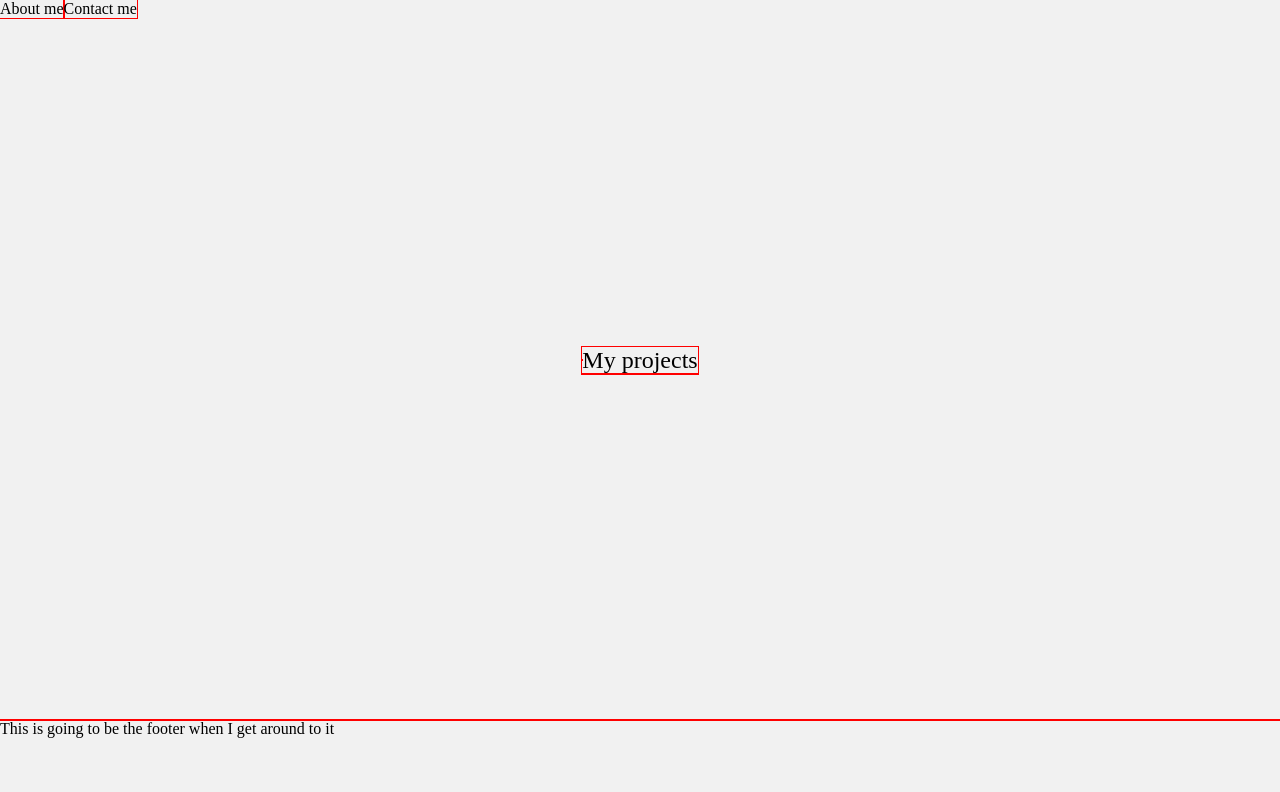
Repository: lynn-the-owl/lynnhtet
Page: index.html
An editor plug-in stored every save of this project. The page is shown before and after a run of saves, followed by the edit.
The browser window is 1280 px wide. The pictures show the whole page.
Some web fonts or font styles are not loaded; a fallback is used. Some web libraries are served in a nearby version.

Above is the page before, as saved 2023-10-10 00:22:16.

### index.html
<!DOCTYPE html>
<html lang="en">

<head>
    <meta charset="UTF-8">
    <meta name="viewport" content="width=device-width, initial-scale=1.0">
    <title>LHA's unfinished site</title>

    <!-- fonts -->
    <style>
        @import url('https://fonts.googleapis.com/css2?family=Aclonica&family=Atkinson+Hyperlegible&family=Poiret+One&display=swap');
    </style>

    <link rel="stylesheet" href="style.css">
    <script defer src="app.js"></script>
    <script src="https://cdnjs.cloudflare.com/ajax/libs/gsap/3.12.2/gsap.min.js"></script>
    <script src="https://cdnjs.cloudflare.com/ajax/libs/gsap/3.12.2/ScrollTrigger.min.js"></script>
    <script src="https://cdnjs.cloudflare.com/ajax/libs/gsap/3.12.2/ScrollToPlugin.min.js"></script>
    <script src="https://cdnjs.cloudflare.com/ajax/libs/gsap/3.12.2/EasePack.min.js"></script>

</head>

<body>
    <div class="all">
        <div class="header">
            <div class="about-me">
                About me
            </div>
            <div class="contact-me">
                Contact me
            </div>
        </div>

        <div class="landing">
            <div class="name">

            </div>
            <div class="projects">

                <div class="myprojects">My projects</div>
                <div class="project-child">

                </div>
                <div class="project-child"></div>
                <div class="project-child"></div>
                <div class="project-child"></div>
                <div class="project-child"></div>
                <div class="project-child"></div>
                <div class="project-child"></div>
                <div class="project-child"></div>
            </div>
        </div>

        <div class="foot">
            This is going to be the footer when I get around to it
        </div>
    </div>
</div>

</body>
</html>

### style.css
* {
    box-sizing: border-box;
    outline: 1px solid red !important;
}

/*
html {
    overflow-x: hidden;
} */

body {
    background-color: #f1f1f1;
    margin: 0;
    padding: 0;
    /* overflow-x: hidden; */
}
p {
    padding: 0;
    margin: 0
}
.myprojects {
    font-family: 'Poiret One', cursive;
    font-size:x-large

}


.header {
    position: absolute;
    display: flex;
    width: 100;
}
.me {
    opacity: 1;
    flex-grow: 4;
}
.blogs {
    opacity: 1;
    flex-grow: 1;
}
.portfolio {
    opacity: 1;
    flex-grow: 1;
}
.book {
    opacity: 1;
    flex-grow: 1;
}





.landing {
    height: 100vh;
    display: flex;
    justify-content: center;
    align-items: center;
}
.hi {
    font-size: 3rem;
    font-family: 'Josefin Sans', sans-serif;
    font-weight: 700;
}
.lemme {
    transform: translate(10%);
}
.mouse{
    transform: translateX(40%);
    opacity: 0.7;
    display: flex;
    flex-direction: column;
    justify-content: center;
    align-items: center;
}



.myanmar {
    height: 100vh;
}
.location-wrap {
    display: flex;
    justify-content: center;
    align-items: center;
}
img {
    height:80vh;
    width: auto;
}
.values {
    transform: translateY(40%);
}






.alumni {
    height: 90vh;
    background-color: #5d81b3;
}
.liberty {
    height: 90%;
    position: absolute;
    right: 0;
    transform: translate(50%);
    z-index: 2;
}
.mylp-image {
    height: 90%;
    position: absolute;
    right: 0;
    transform: translate(50%);
    z-index: 1;
}
.mylp-overlay {
    height: 90%;
    position: absolute;
    right: 0;
    transform: translate(50%);
    z-index: 3
}
.transition-top {
    height: 10vh;
    background-image: linear-gradient(white, #5d81b3);
}
.alumni-text {
    height: 10vh;
    color: white;
    background-color: #5d81b3;
    text-align: center;
}


.artist {
    height: 50vh;
}
.skills {
    height: 70vh;
}
.aerospace {
    height: 70vh;
}
.foot {
    height: 10vh;
}

### app.js



//Landing section
gsap.from('.hi', {ease: "power4",duration: 1.5, opacity: 0, x: '-100%', delay: 0});
gsap.from('.lemme', {ease: "power4",duration: 1.5, opacity: 0, x: '-50%', delay: 0.5});
gsap.from('.mouse', {ease: "expo",duration: 2, opacity: 0, y: '150%', delay: 1.7, filter: blur()});


//Myanmar section
gsap.from('.map', {
    x: "-100%",
    opacity: 0,
    scrollTrigger: {
        trigger: '.map',
        // markers: true,
        scrub: 2,
        endTrigger: ".map",
        start: "top 70%",
        end: "top 50%"
    }
});
gsap.from('.from', {
    x: "100%",
    opacity: 0,
    delay: "3",
    scrollTrigger: {
        trigger: '.map',
        // markers: true,
        scrub: 2,
        endTrigger: ".map",
        start: "top 90%",
        end: "top 35%"
    }
});
gsap.from('.values', {
    x: "100%",
    opacity: 0,
    scrollTrigger: {
        trigger: '.from',
        // markers: true,
        scrub: 2,
        endTrigger: ".map",
        start: "bottom 70%",
        end: "top 10%"
    }
});


//MYLP section
gsap.from('.liberty', {
    x: "100%",
    opacity: 0,
    scrollTrigger: {
        trigger: '.transition-top',
        // markers: true,
        scrub: 2,
        start: "bottom 70%",
        end: "top 10%"
    }
});

After the next 3 saves:
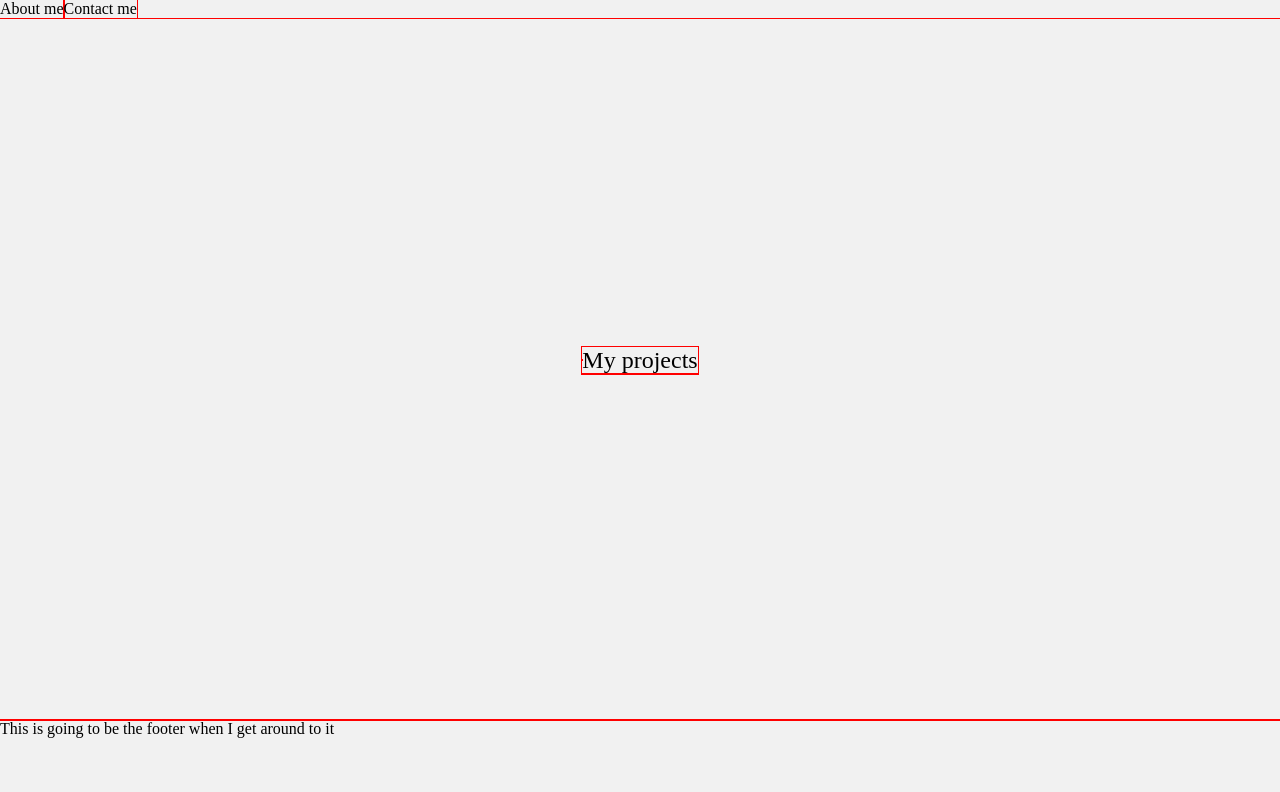
The 3 saves are shown as one change because they came seconds apart.
The last was saved 8 s later.
--- a/style.css
+++ b/style.css
@@ -28,7 +28,7 @@
 .header {
     position: absolute;
     display: flex;
-    width: 100;
+    width: 100vw;
 }
 .me {
     opacity: 1;

After the 3 saves that followed:
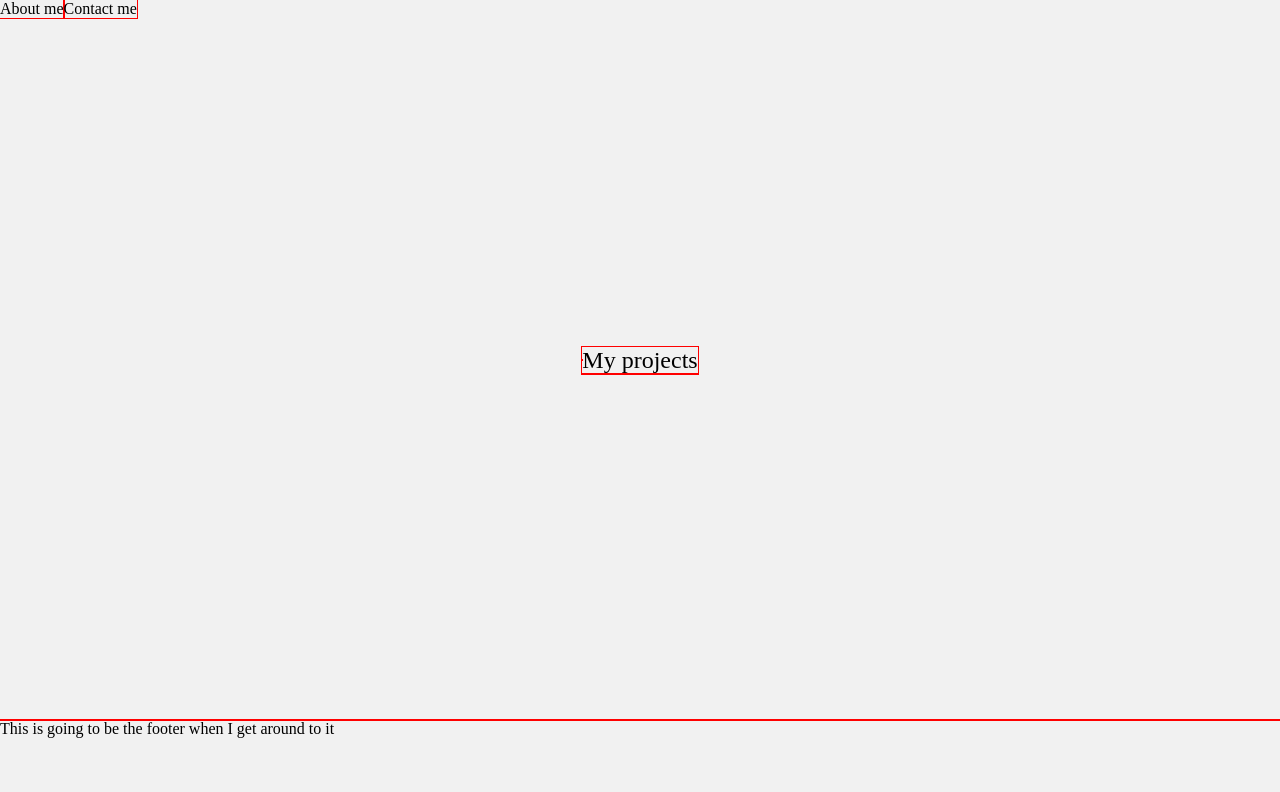
The 3 saves are shown as one change because they came seconds apart.
The last was saved 15 s later.
--- a/style.css
+++ b/style.css
@@ -28,7 +28,7 @@
 .header {
     position: absolute;
     display: flex;
-    width: 100vw;
+    flex-grow: ;
 }
 .me {
     opacity: 1;
